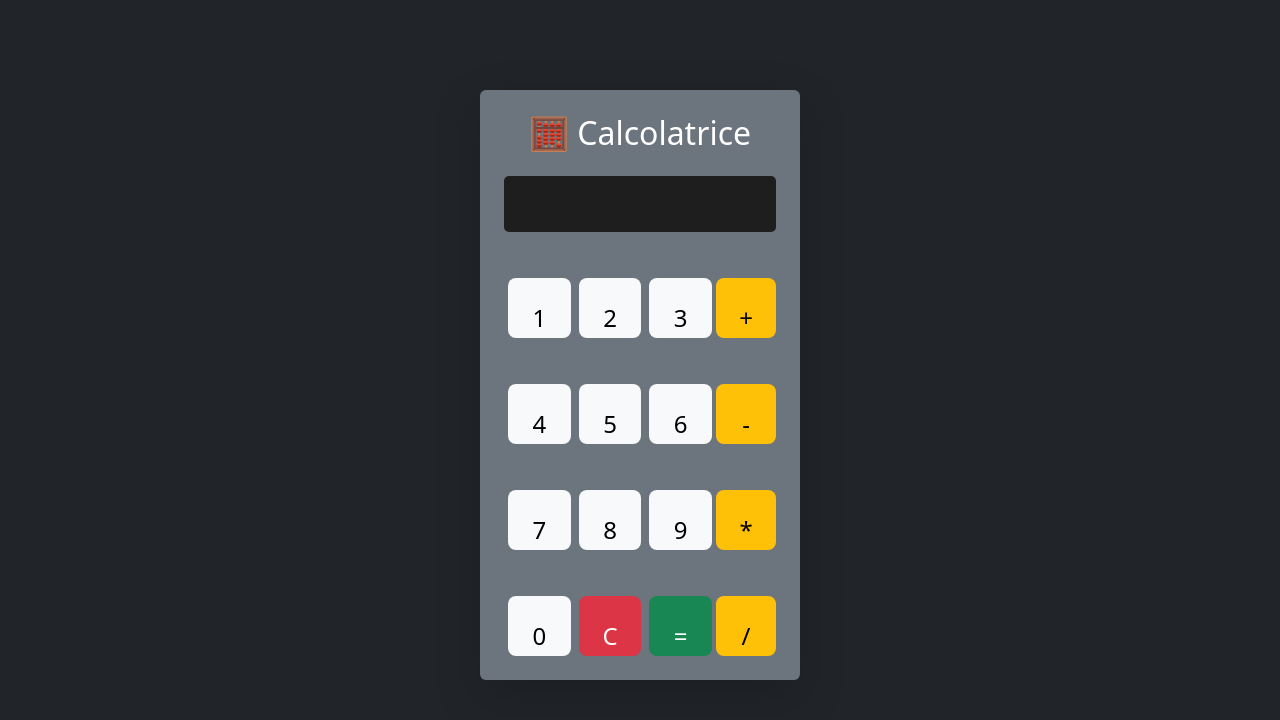
Repository: Probyte5D/Calcolatrice-FullStack
Page: /calculator (app in frontend/)
The author's editor kept a copy of each file at every save. The page is drawn from the files as they stood at one save, then again after the next save.
The browser window is 1280 px wide. The pictures show the whole page.
The project was rebuilt for these pictures with package versions that can differ from the ones it lists, and the page was loaded fresh each time. Also part of the build but not shown: frontend/src/App.css, frontend/src/components/HomePage.js.

Above is the page before, as saved 2025-04-19 16:56:49.

After the next save:
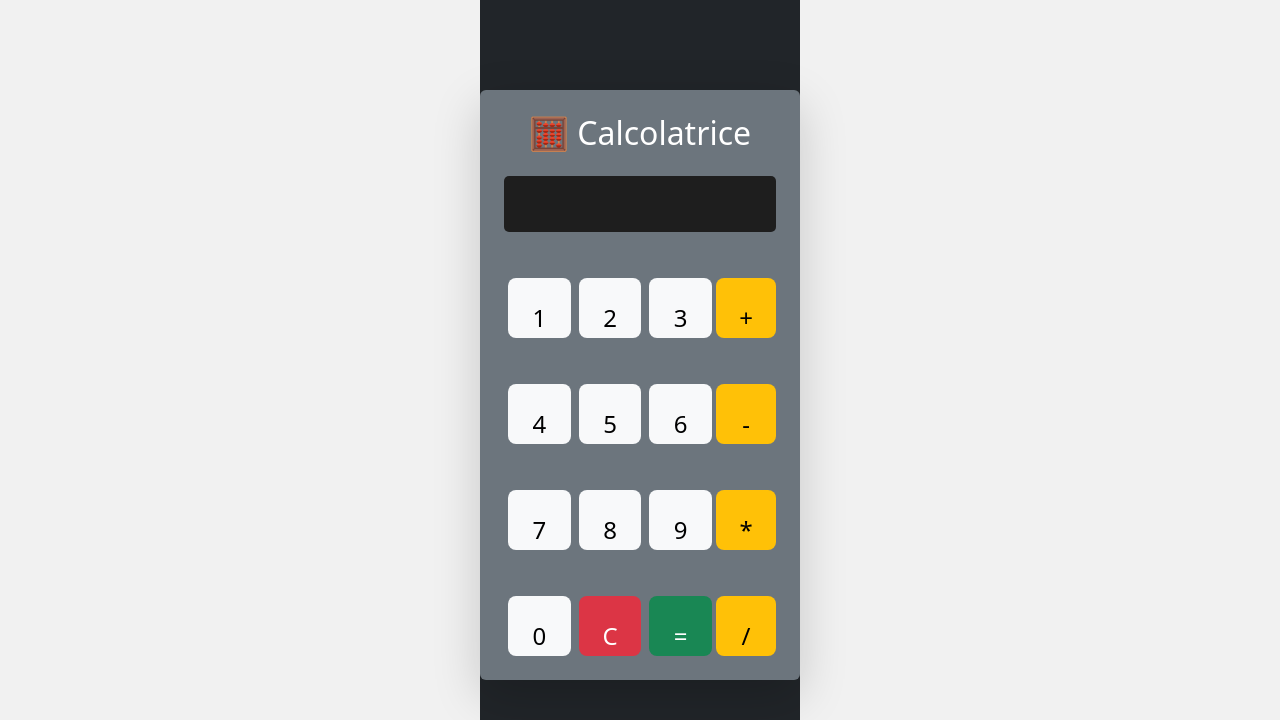
Saved 22 s later.
--- a/frontend/src/components/Calculator.css
+++ b/frontend/src/components/Calculator.css
@@ -1,5 +1,14 @@
 /* Calculator.css */
 
+/* Calcolatrice centrale con flexbox */
+body, html {
+  height: 100%;
+  margin: 0;
+  display: flex;
+  justify-content: center; /* Centra orizzontalmente */
+  align-items: center;     /* Centra verticalmente */
+  background-color: #f1f1f1; /* Colore di sfondo */
+}
 /* Stile principale della calcolatrice */
 .calculator {
   background-color: #2d2d2d; /* Sfondo scuro */
